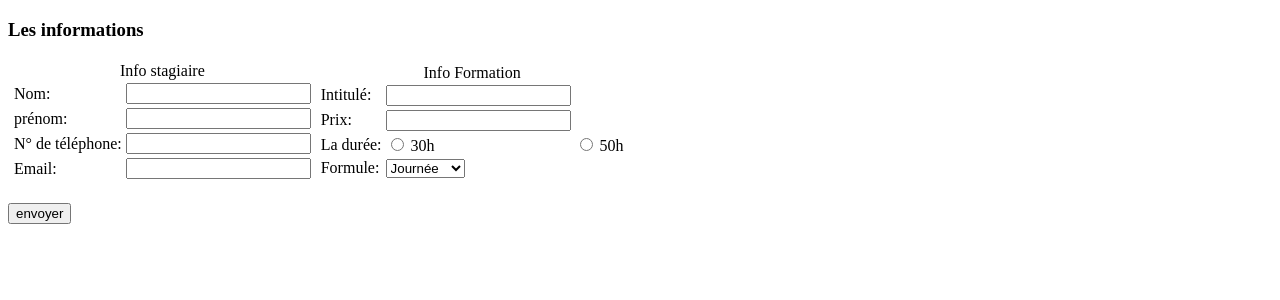
Repository: imouahrani/Gestion-des-stagiaires_JAVAEE
Page: http://localhost/InscriptionStagiaire/Formation.jsp
An editor plug-in stored every save of this project. The page is shown before and after the next save, followed by the edit.
The browser window is 1280 px wide. The pictures show the whole page.
The page is served by Tomcat 9. The template is opened directly, without the code that normally fills it, so the values that code supplies are empty.

Above is the page before, as saved 2018-07-31 20:08:22.

After the next save:
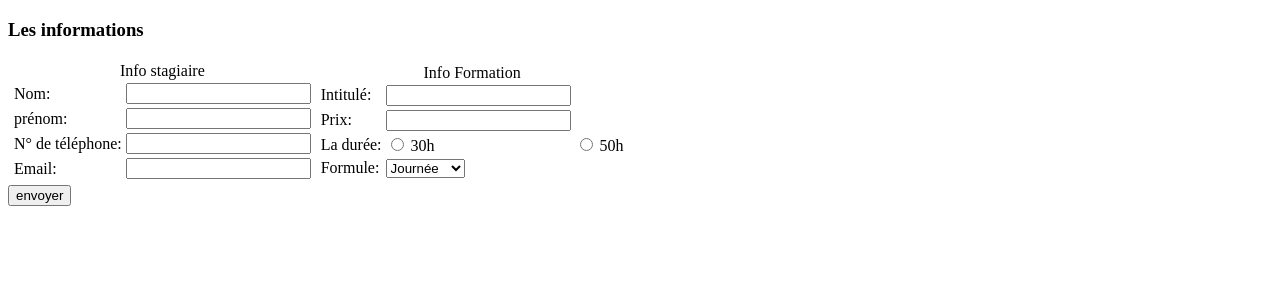
Saved 63 s later.
--- a/Formation Java Entreprise Edition/InscriptionStagiaire/WebContent/Formation.jsp
+++ b/Formation Java Entreprise Edition/InscriptionStagiaire/WebContent/Formation.jsp
@@ -118,9 +118,10 @@
 				</td>
 			</tr>
 		</table>
+			<input type="submit" value="envoyer">
+
 	</form>
 	<br>
-	<input type="submit" value="envoyer">
 
 
 
